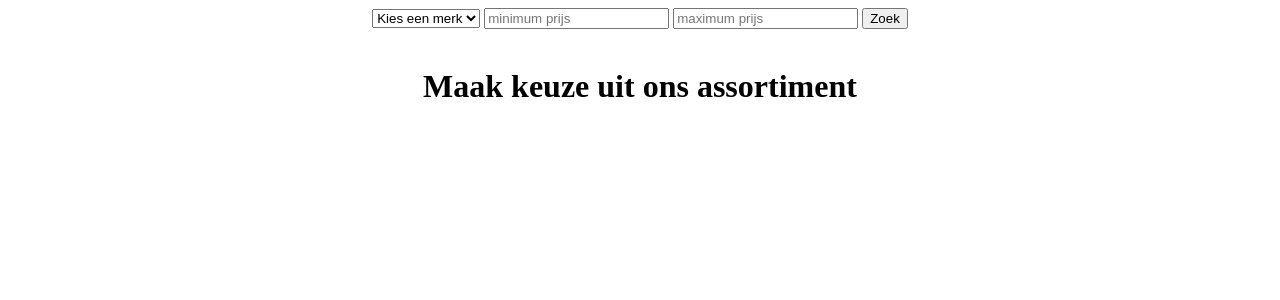
Repository: laurenceschellevisch/laurenceOpdrachten
Page: http://localhost/
The author's editor kept a record of every edit. The page is drawn from the files as they stood at one moment, then again after the next edit.
The browser window is 1280 px wide. The pictures show the whole page.
The page is run by PHP 8.4 with error messages shown; the project is at /var/www/html/. Queries for data that is not in the repository find no rows.

Above is the page before.

After the next edit:
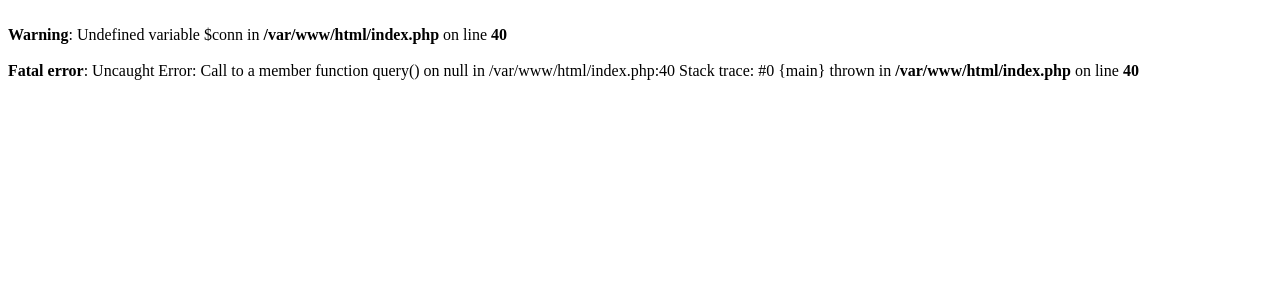
The edit:
--- a/mrweelyClass/index.php
+++ b/mrweelyClass/index.php
@@ -36,7 +36,6 @@
     }
 
 }
-$conn = $db->getDb();
 
 $result = $conn->query($sql);
 ?>

After the edit that followed:
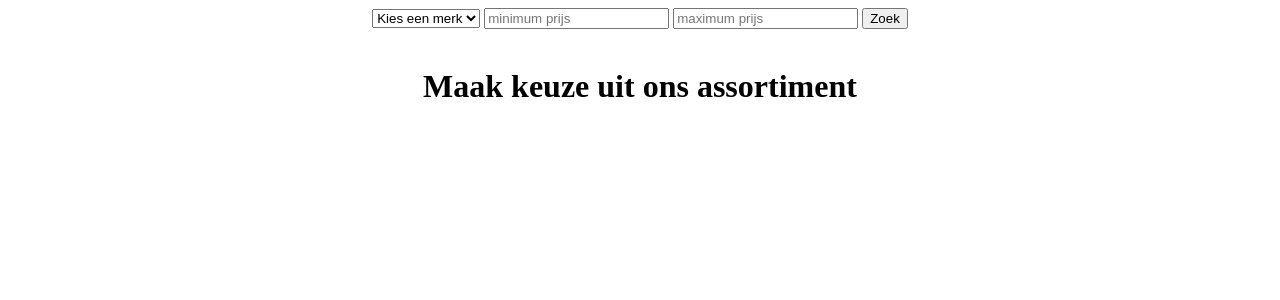
The edit:
--- a/mrweelyClass/index.php
+++ b/mrweelyClass/index.php
@@ -13,7 +13,8 @@
 include "autos.php";
 $db = new dbconn();
 //$db->getDb();
-mysqli_select_db($db->getDb(),"autos");
+$conn = $db->getDb();
+mysqli_select_db($conn,"autos");
 $sql = "SELECT * FROM autowbshp";
 
 if (isset($_POST['submit'])){
